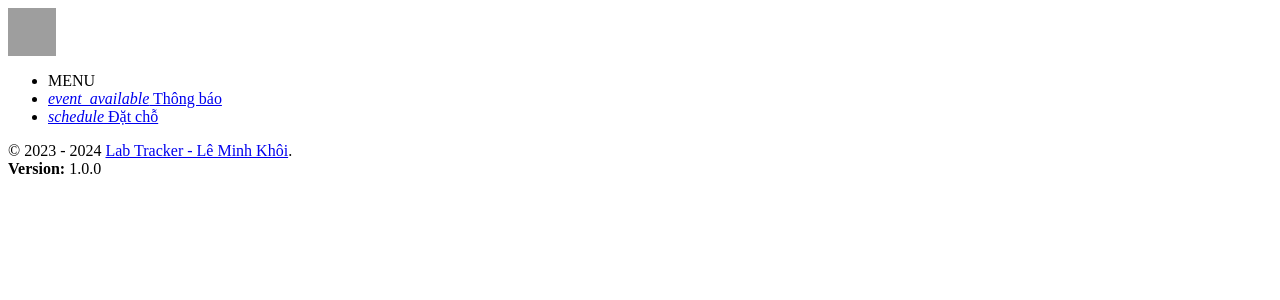
Repository: KhoiLe9112/KhoaLuanTotNghiep
Page: http://localhost/practice-room-app/components/side-bar.jsp
These files come from the project's save history. The page is drawn as it stood at one moment and after the next save; the edit follows.
The browser window is 1280 px wide. The pictures show the whole page.
Pictures or frames that could not be fetched are drawn as grey boxes. The page is served by Tomcat 9. Nobody is signed in. The application's start-up code is not run.

Above is the page before, as saved 2024-05-21 01:42:27.

After the next save:
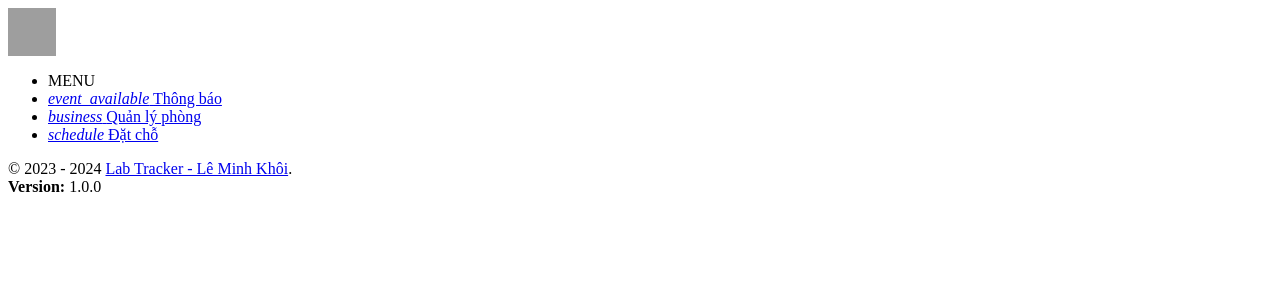
Saved 15 min 49 s later.
--- a/QuanLyPhongThucHanh/practice-room-app/src/main/webapp/components/side-bar.jsp
+++ b/QuanLyPhongThucHanh/practice-room-app/src/main/webapp/components/side-bar.jsp
@@ -58,14 +58,14 @@
 			%>
 			<li><a href="<s:url action='subadminAssign' />"> <i class="material-icons">assignment</i> <span>Phân lịch</span>
 			</a></li>
-			<li><a href="<s:url action='roomManage' />"> <i class="material-icons">business</i> <span>Quản lý phòng</span>
-			</a></li>
 			<li><a href="<s:url action='statisticManage' />"> <i class="material-icons">insert_chart</i> <span>Thống kê</span>
 			</a></li>
 			<%
 				}
 			}
 			%>
+			<li><a href="<s:url action='roomManage' />"> <i class="material-icons">business</i> <span>Quản lý phòng</span>
+			</a></li>
 			<li><a href="<s:url action='reservations' />"> <i class="material-icons">schedule</i> <span>Đặt chỗ</span>
 			</a></li>
 		</ul>
